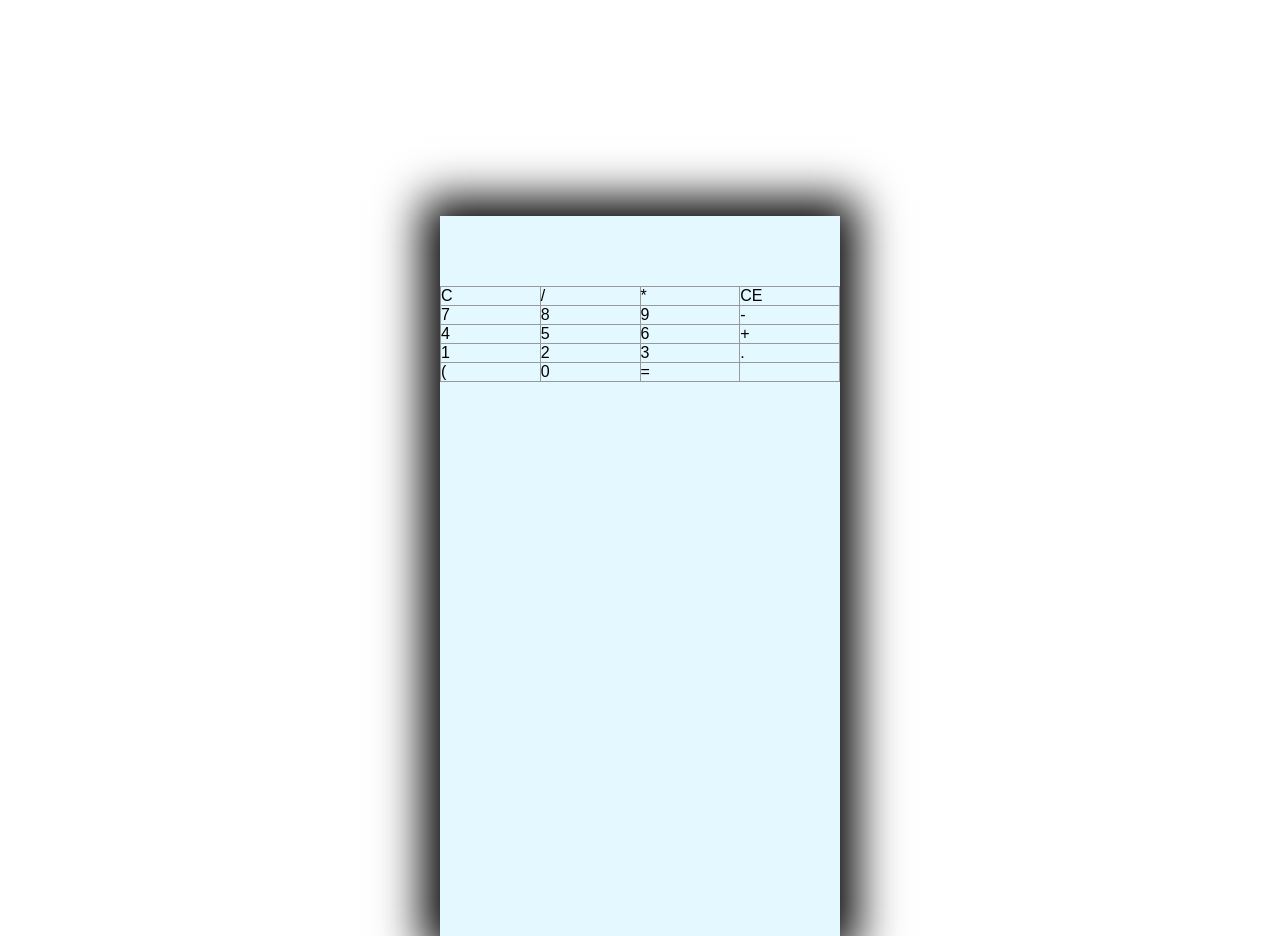
Repository: LuisMiLR/Calculatrice-with-JS---HTML---CSS-
Page: index.html
These files come from the project's save history. The page is drawn as it stood at one moment and after the next save; the edit follows.
The browser window is 1280 px wide. The pictures show the whole page.

Above is the page before, as saved 2023-03-20 15:04:48.

### index.html
<!DOCTYPE html>
<html lang="fr">
<head>
    <meta charset="UTF-8">
    <meta http-equiv="X-UA-Compatible" content="IE=edge">
    <meta name="viewport" content="width=device-width, initial-scale=1.0">
    <title>Calculator with javascript</title>
    <link rel="stylesheet" href="./style.css">
    <script src="app.js" defer></script>
</head>
<body>
    <div class="container"></div>

</body>
</html>

### style.css
*{
    padding: 0;
    margin: 0;
    font-family: sans-serif;
    box-sizing: border-box;
}

.container {
    width: 400px;
    height: 100vh;
    background:#e3f9ff;
    margin: 10vh auto 0 auto;
    margin-top: 30vh;
    box-shadow: 0px 0px 43px 17px; rgba(153,153,153,1);
}
#display {
    text-align: right;
    height: 70px;
    line-height: 70px;
    padding: 16px 8px;
    font-size: 25px;
}

.buttons {
    display: grid;
    border-bottom: 1px solid #999;
    border-left: 1px solid #999;
    grid-template-columns: 1fr 1fr 1fr 1fr;
}

.buttons > div {
    border-top: 1px solid #999;
    border-right: 1px solid #999;
}
.button1, .button2, .button3, .button4, .button5, .button6, .button7,.button8, .button9, ,.button10, .button11, .button12, .button13, .button14, .button15, .button16, .button17, .button18, .button19 {
    border:  0.5px solid #999;
    line-height: 100px;
    text-align: center;
    font-size: 25px;
    cursor: pointer;
}

#equal {
    background-color: #5555ff;
    color : white;
}

.button1:hover, .button2:hover, .button3:hover, .button4:hover, .button5:hover, .button6:hover, .button7:hover, .button8:hover, .button9:hover, .button10:hover, .button11:hover, .button12:hover, .button13:hover, .button14:hover, .button15:hover, .button16:hover, .button17:hover, .button18:hover, .button19:hover {
background-color: #83ba15;
color: white;
transition: 0.5 ease-in-out;
}

### app.js

const container = document.querySelector('.container');

const divId = document.createElement("div");
container.appendChild(divId);
divId.setAttribute("id","display");

const buttons = document.createElement("div");
buttons.classList.add("buttons");
container.appendChild(buttons);

const button = document.createElement('div');
button.className = "bouton";
button.textContent = "C";
buttons.appendChild(button);

const button1 = document.createElement('div');
button1.className = "bouton1";
button1.textContent = "/";
buttons.appendChild(button1);

const button2 = document.createElement('div');
button2.className = "bouton2";
button2.textContent = "*";
buttons.appendChild(button2);

const button3 = document.createElement('div');
button3.className = "bouton3";
button3.textContent = "CE";
buttons.appendChild(button3);

const button4 = document.createElement('div');
button4.className = "bouton4";
button4.textContent = "7";
buttons.appendChild(button4);

const button5 = document.createElement('div');
button5.className = "bouton5";
button5.textContent = "8";
buttons.appendChild(button5);

const button6 = document.createElement('div');
button6.className = "bouton6";
button6.textContent = "9";
buttons.appendChild(button6);

const button7 = document.createElement('div');
button7.className = "bouton7";
button7.textContent = "-";
buttons.appendChild(button7);

const button8 = document.createElement('div');
button8.className = "bouton8";
button8.textContent = "4";
buttons.appendChild(button8);

const button9 = document.createElement('div');
button9.className = "bouton9";
button9.textContent = "5";
buttons.appendChild(button9);

const button10 = document.createElement('div');
button10.className = "bouton10";
button10.textContent = "6";
buttons.appendChild(button10);

const button11 = document.createElement('div');
button11.className = "bouton11";
button11.textContent = "+";
buttons.appendChild(button11);

const button12 = document.createElement('div');
button12.className = "bouton12";
button12.textContent = "1";
buttons.appendChild(button12);

const button13 = document.createElement('div');
button13.className = "bouton13";
button13.textContent = "2";
buttons.appendChild(button13);

const button14 = document.createElement('div');
button14.className = "bouton14";
button14.textContent = "3";
buttons.appendChild(button14);

const button15 = document.createElement('div');
button15.className = "bouton15";
button15.textContent = ".";
buttons.appendChild(button15);

const button16 = document.createElement('div');
button16.className = "bouton16";
button16.textContent = "(";
buttons.appendChild(button16);

const button17 = document.createElement('div');
button17.className = "bouton17";
button17.textContent = "0";
buttons.appendChild(button17);

const button18 = document.createElement('div');
button18.className = "bouton18";
button18.textContent = ")";
buttons.appendChild(button18);

const button19 = document.createElement("div");
button19.setAttribute("id","button19");
button18.textContent = "=";
buttons.appendChild(button19);

After the next save:
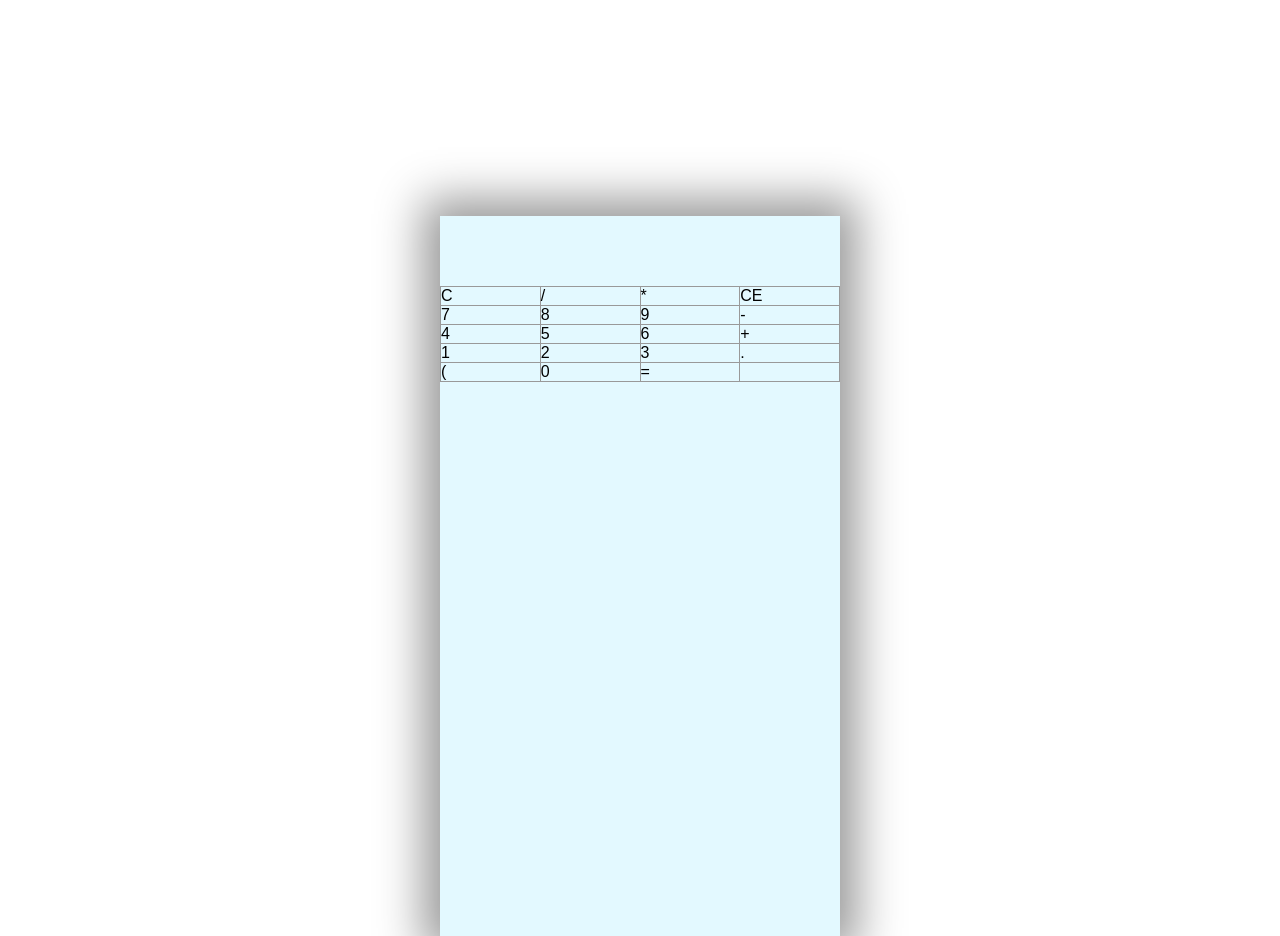
Saved 59 s later.
--- a/style.css
+++ b/style.css
@@ -11,7 +11,7 @@
     background:#e3f9ff;
     margin: 10vh auto 0 auto;
     margin-top: 30vh;
-    box-shadow: 0px 0px 43px 17px; rgba(153,153,153,1);
+    box-shadow: 0px 0px 43px 17px rgba(153,153,153,1);
 }
 #display {
     text-align: right;
